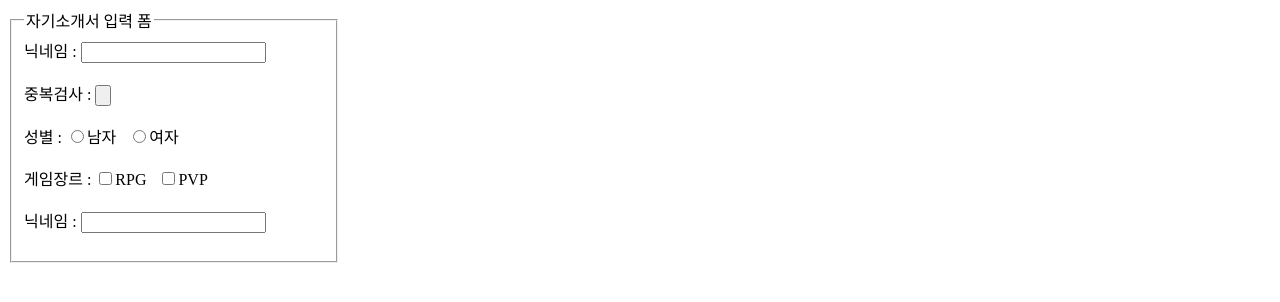
Repository: parkgyutaee/My_JAVA_Project
Page: http://localhost/JSPStudy/test04_05.jsp
The author's editor kept a copy of each file at every save. The page is drawn from the files as they stood at one save, then again after the next save.
The browser window is 1280 px wide. The pictures show the whole page.
The page is served by Tomcat 10.

Above is the page before, as saved 2025-07-10 07:32:36.

After the next save:
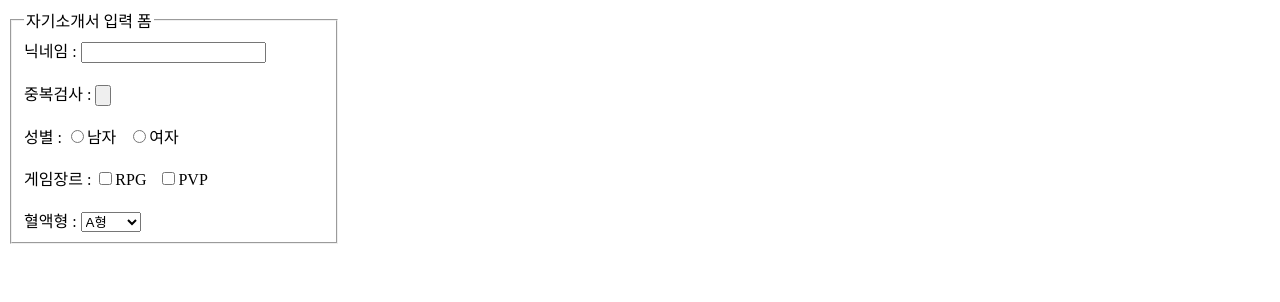
Saved 3 min 4 s later.
--- a/Workspace/JSPStudy/src/main/webapp/test04_05.jsp
+++ b/Workspace/JSPStudy/src/main/webapp/test04_05.jsp
@@ -14,7 +14,13 @@
 			중복검사 : <input type = "button"  name = "check"> <br><br>
 			성별 : <input type = "radio"  name = "gender">남자 &nbsp; <input type = "radio"  name = "gender">여자 &nbsp; <br><br>
 			게임장르 : <input type = "checkbox"  name = "rpg">RPG &nbsp; <input type = "checkbox"  name = "PVP">PVP &nbsp; <br><br>
-			닉네임 : <input type = "text"  name = "name"> <br><br>
+			혈액형 :
+			<select name = "choice" style = "width:60px; height:20.5px">
+				<option value = "A">A형</option>
+				<option value = "B">B형</option>
+			    <option value = "AB">AB형</option>
+			    <option value = "O">O형</option>
+			</select>
 
 
 		</fieldset>
